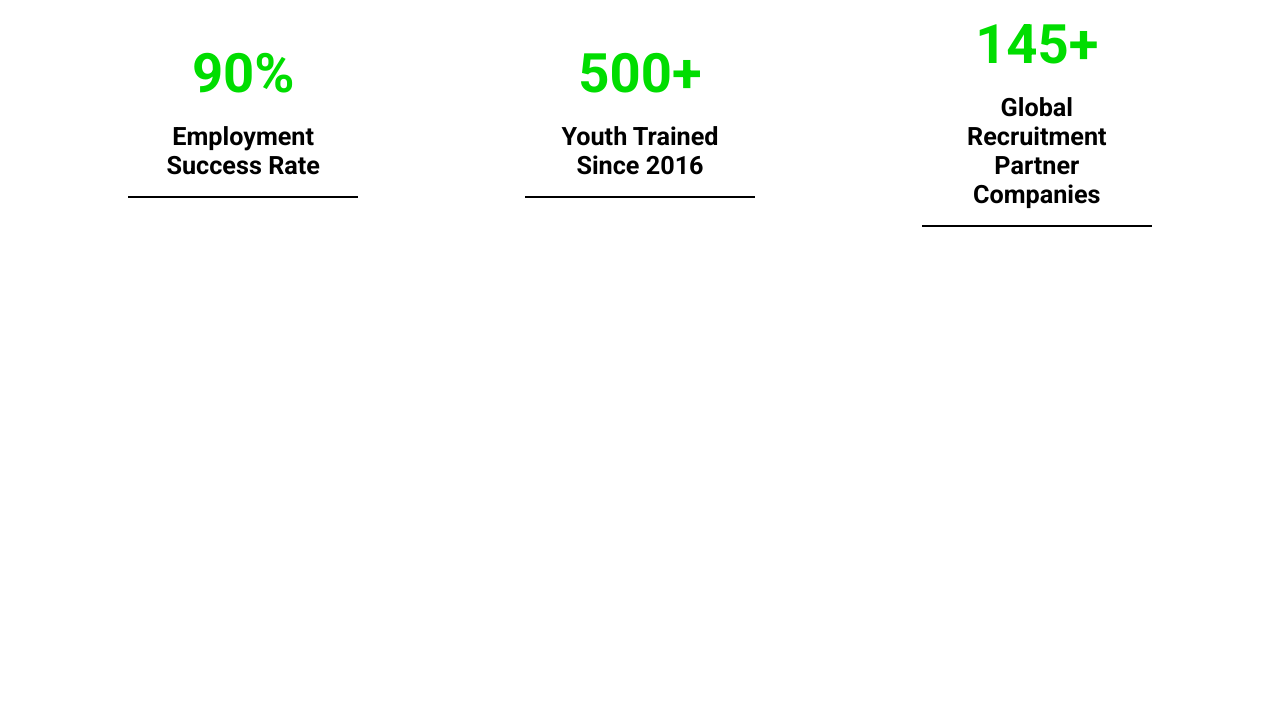
Repository: JeanPaulBassil/SE-Factory-Home-Page-Replica
Page: /
These files come from the project's save history. The page is drawn as it stood at one moment and after the next save; the edit follows.
The browser window is 1280 px wide. The pictures show the part of the page from y = 756 to 1476 px (the page is 1476 px tall).
The project was rebuilt for these pictures with package versions that can differ from the ones it lists, and the page was loaded fresh each time. Also part of the build but not shown: src/Components/Hero/Hero.css.

Above is the page before, as saved 2023-02-25 14:24:47.

### public/index.html
<!DOCTYPE html>
<html lang="en">
  <head>
    <meta charset="utf-8" />
    <link rel="icon" href="%PUBLIC_URL%/favicon.ico" />
    <meta name="viewport" content="width=device-width, initial-scale=1" />
    <meta name="theme-color" content="#000000" />
    <meta
      name="description"
      content="Web site created using create-react-app"
    />
    <link rel="preconnect" href="https://fonts.googleapis.com" />
    <link rel="preconnect" href="https://fonts.gstatic.com" crossorigin />
    <link
      href="https://fonts.googleapis.com/css2?family=Roboto:wght@400;500;700&display=swap"
      rel="stylesheet"
    />
    <link rel="apple-touch-icon" href="%PUBLIC_URL%/logo192.png" />
    <link rel="manifest" href="%PUBLIC_URL%/manifest.json" />
    <title>React App</title>
  </head>
  <body>
    <noscript>You need to enable JavaScript to run this app.</noscript>
    <div id="root"></div>
  </body>
</html>

### src/index.js
import './index.css'
import React from 'react';
import ReactDOM from 'react-dom/client';
import App from './App';

const root = ReactDOM.createRoot(document.getElementById('root'));
root.render(
  <App/>
);

### src/index.css
* {
    margin: 0;
    padding: 0;
    box-sizing: border-box;
}

body {
    color: white;
    font-family: 'Roboto', sans-serif;
}

### src/App.js
import Header from "./Components/Header/Header"
import Hero from "./Components/Hero/Hero"

export default function App(params) {
    return (
        <div className="app">
            <Header />
            <Hero />
        </div>
    )
};

### src/Components/Header/Header.js
import './Header.css';
import Navbar from '../Navbar/Navbar'
import HeaderContent from '../HeaderContent/HeaderContent'

export default function Header(params) {
    return (
        <header className="header">
            <Navbar />
            <HeaderContent/>
        </header>
    )
};

### src/Components/Hero/Hero.js
import Stats from "../Stats/Stats"
import './Hero.css'

export default function Hero(params) {
    return(
        <div className="hero">
            <Stats/>
        </div>
    )
};

### src/Components/Header/Header.css
.header {
    background-color: rgba(0, 0, 0, .5);
    background-image: url("https://images.squarespace-cdn.com/content/v1/5e4442200ffeee35974d1060/1586049970296-14DH7UEP2UWJREIELJ3K/IMG_9780.JPG?format=2500w");
    width: auto;
    height: 105vh;
    background-size: cover;
    background-blend-mode: multiply;
    background-repeat: no-repeat;
    background-position-y: -100px;
}

### src/Components/Navbar/Navbar.js
import './Navbar.css'
import Links from '../Links/Links'

export default function Navbar(params) {
    return (
        <div className="navbar">
            <img src="https://images.squarespace-cdn.com/content/v1/5e4442200ffeee35974d1060/f4e4a30d-4b0d-4e5f-a2e8-4e2da9234088/SE-Grey-Icon-RGB-01+copy.png?format=1500w" alt="SE Factory"/>
            <Links/>
        </div>
    )
};

### src/Components/HeaderContent/HeaderContent.js
import './HeaderContent.css'

export default function HeaderContent(params) {
    return (
        <div className="header-content">
            <h1>
            <strong>Empowering youth</strong>
            <br/>
            with tech jobs
            </h1>
            <p>SE Factory's top-ranked training programs graduate <br/>tech professionals working for companies all over<br/>the world.</p>
            <button>Learn More</button>
        </div>
    )
};

### src/Components/Stats/Stats.js
import Stat from '../stat/stat'
import './Stats.css'

export default function Stats(params) {
    const data = [{
        number: '90%',
        text: 'Employment Success Rate'
    },
    {
        number: '500+',
        text: 'Youth Trained Since 2016'
    },
    {
        number: '145+',
        text: 'Global Recruitment Partner Companies'
    }]
    const stats = data.map(part => {
        return (
            <Stat number={part.number} text={part.text}/>
        )
    })
    return(
        <div className="stats">
            <div className='stats-grid1'>
                {stats}
            </div>
            <div className='stats-grid2'>

            </div>
        </div>
    )
};

### src/Components/Navbar/Navbar.css
.navbar {
    margin: auto;
    height: 130px;
    width: 90%;
    padding: 10px;
    display: flex;
    justify-content: space-between;
    align-items: center;
}

.navbar > img {
    height: 80px;
    width: 80px;
}

### src/Components/Links/Links.js

import React from "react";
import './Links.css'

export default function Links({type}) {
  const mainNames = ["Home", "Get Trained", "Hire Talent", "FAQs", "Blog", "About Us", "Contact", "Apply Now"];
  const applyNames = ["Full Stack Web Development", "Foundations of Computer Science"];

  if (type === 'Apply') {
    const applyLinks = applyNames.map(name => {
        return(
                <a href="./">{name}</a>
        )
    })
    return (
        <ul className="dropdown-content">
          {applyLinks}
        </ul>
    )
  } else {
    const mainLinks = mainNames.map(name => {
      if (name === 'Apply Now'){
        return(
          <li key={name} className="dropdown">
              <button class="dropbtn">Apply Now</button>
              <Links type="Apply"/>

          </li>
        )
      } else {
        return (
          <li key={name}>
            <a href={`#${name}`}>
              {name}
            </a>
          </li>
        )
      }
    });

    return (
      <nav >
        <ul className="nav">
          {mainLinks}
        </ul>
      </nav>
    )
  }
};

### src/Components/HeaderContent/HeaderContent.css
.header-content > h1 {
    font-size: calc(3.5 * 1rem);
    line-height: calc(1.3 * (1 + (1 - 3.5)/25))
}

.header-content{
    position: absolute;
    bottom: 0;
    display: flex;
    flex-direction: column;
    justify-content: space-between;
    margin-left: 70px;
    height: 50vh;
}

.header-content > p{
    margin: 1rem 0;
    font-size: calc((1.6 - 1) * 1.2vw + 1rem)
}

.header-content > button {
    width: 133px;
    height: 50px;
    background-color: #0d0;
    color: white;
    border: none;
    border-radius: 10px;
    font-weight: 800;
    font-size: 16px;
}

### src/Components/stat/stat.js
import "./stat.css"

export default function stat({number, text}) {
    return(
        <div className="stat">
            <h1>{number}</h1>
            <p><strong>{text}</strong></p>
        </div>
    )
};

### src/Components/Stats/Stats.css
.stats {
    background-color: white;
    height: 100vh;
    display: grid;
    grid-template-rows: 1fr 2fr;
    color: black;
    width: 80vw;
    margin: auto;
}

.stats-grid1 {
    display: flex;
    justify-content: space-between;
    align-items: center;
}

### src/Components/Links/Links.css
.nav{
    display: flex;
    flex-direction: row;
    list-style-type: none;
    align-items: center;
    justify-content: center;
    font-weight: 600;
}
.nav > li:nth-of-type(1){
    border-bottom: 1px solid white;
    padding-bottom: 10px;
    align-self: flex-end;
}

li {
    margin-right: 30px;
}

a {
    text-decoration: none;
    color: white;
}


.dropdown {
    position: relative;
    display: inline-block;
  }

.dropbtn {
background-color: #0d0;
padding: 10px;
font-size: 16px;
border: none;
cursor: pointer;
color: white;
border-radius: 5px
}

.dropdown-content {
display: none;
position: absolute;
z-index: 1;
background-color: #fff;
min-width: 160px;
width: 300px;
box-shadow: 0px 8px 16px 0px rgba(0,0,0,0.2);
left: auto;
right: 0;
}

.dropdown-content a {
color: #333;
padding: 12px 16px;
text-decoration: none;
display: block;
}


.dropdown-content a:hover {
background-color: #f1f1f1;
}

.dropdown:hover > .dropdown-content {
display: block;
}

.dropbtn:focus {
outline: none;
}

### src/Components/stat/stat.css
.stat{
    display: flex;
    flex-direction: column;
    align-items: center;
    justify-content: space-between;
    width: 18vw;
    text-align: center;
    border-bottom: 2px solid black;
}

.stat > h1 {
    color: #0d0;
    font-size: calc((3.5 - 1) * 1.2vw + 1rem);
    line-height: calc(1.3 * (1 + (1 - 3.5)/25));
}

.stat > p {
    color: black;
    margin: 1rem;
    /* margin-bottom: 3rem; */
    font-size: calc((1.6 - 1) * 1.2vw + 1rem);
}

Loaded but not shown: src/Components/Hero/Hero.css (no copy from this time; the picture is the same without it)

After the next save:
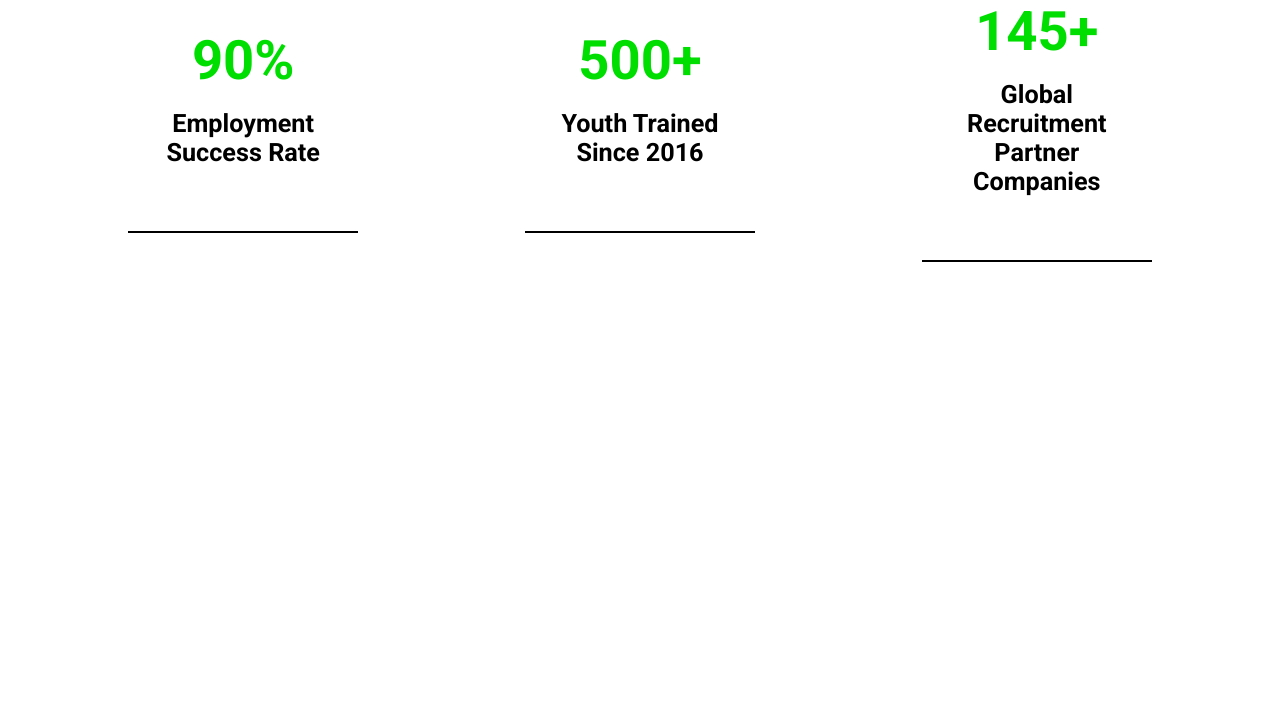
Saved 11 s later.
--- a/src/Components/stat/stat.css
+++ b/src/Components/stat/stat.css
@@ -6,6 +6,7 @@
     width: 18vw;
     text-align: center;
     border-bottom: 2px solid black;
+    padding-bottom: 3rem
 }
 
 .stat > h1 {
